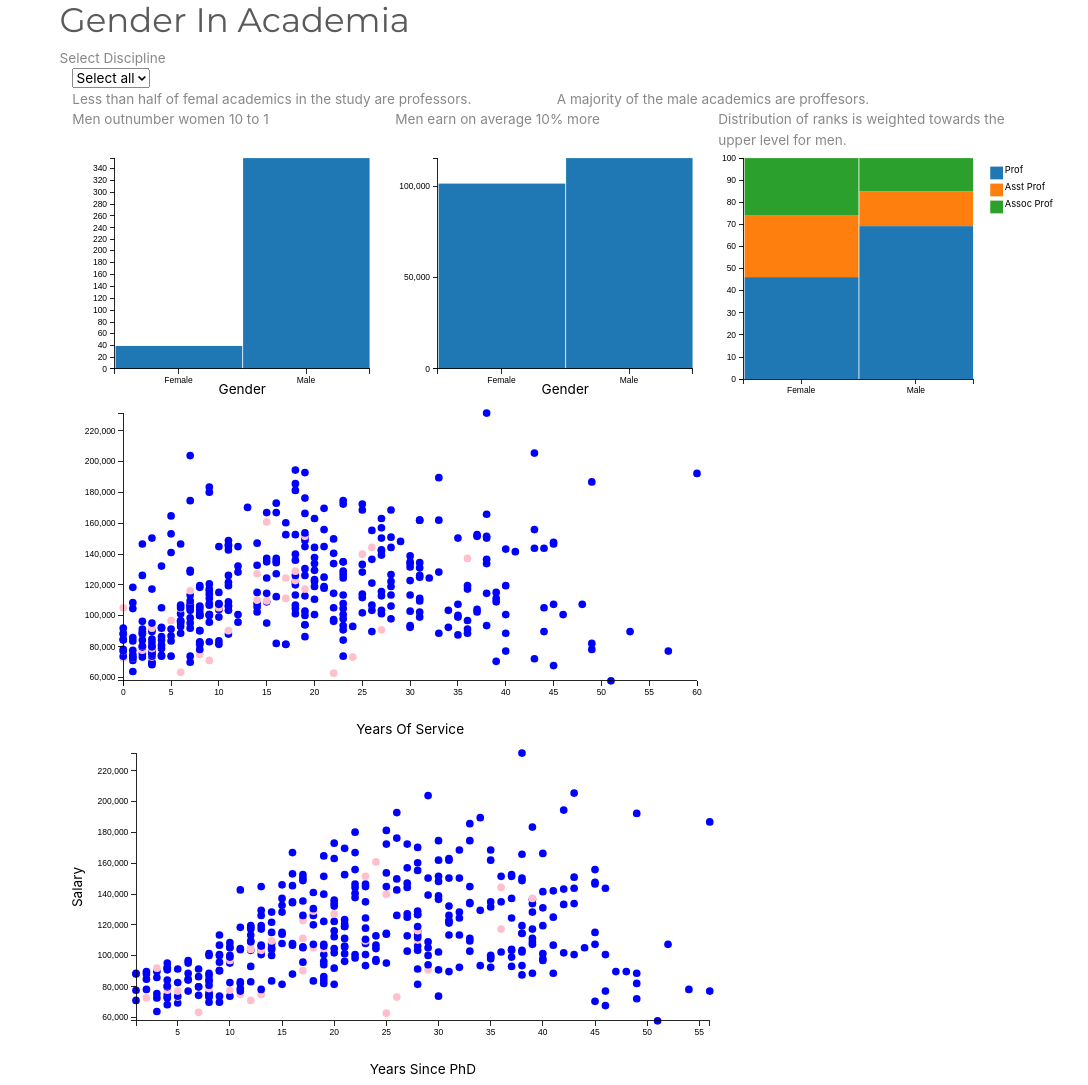
Repository: luke0han/dashboard-project
Page: index.html
The author's editor kept a record of every edit. The page is drawn from the files as they stood at one moment, then again after the next edit.
The browser window is 1280 px wide. The pictures show the whole page, at 85% of full size.

Above is the page before.

### index.html
<!DOCTYPE html>
<html lang="en">

<head>
    <meta charset="UTF-8">
    <meta name="viewport" content="width=device-width, initial-scale=1.0">
    <meta http-equiv="X-UA-Compatible" content="ie=edge">
    <title>Gender In Academia</title>

    <link rel="stylesheet" href="static/css/bootstrap.min.css" type="text/css" />
    <link rel="stylesheet" href="static/css/dc.min.css" />
    <link rel="stylesheet" href="static/css/style.css" type="text/css" />

    <script type="text/javascript" src="static/js/d3.min.js"></script>
    <script type="text/javascript" src="static/js/crossfilter.min.js"></script>
    <script type="text/javascript" src="static/js/dc.min.js"></script>
    <script type="text/javascript" src="static/js/queue.min.js"></script>
    <script type="text/javascript" src="static/js/graph.js"></script>

</head>

<body>
    <div class="container">

        <div class="row">
            <h1>Gender In Academia</h1>
        </div>

        <div class="row">
            <div class="col-md-offset-5">Select Discipline</div>
        </div>

        <div class="row">
            <div class="col-md-offset-5" id="discipline-selector"></div>
        </div>

        <div class="row">
            <div class="col-md-6 number-box" id="percent-of-women-professors"></div>
            <div class="col-md-6 number-box" id="percent-of-men-professors"></div>
        </div>

        <div class="row">
            <div class="col-md-6">Less than half of femal academics in the study are professors.</div>
            <div class="col-md-6">A majority of the male academics are proffesors.</div>
        </div>

        <div class="row">
            <div class="col-md-4">Men outnumber women 10 to 1</div>
            <div class="col-md-4">Men earn on average 10% more</div>
            <div class="col-md-4">Distribution of ranks is weighted towards the upper level for men.</div>
        </div>
        <div class="row">
            <div class="col-md-4" id="gender-balance"></div>
            <div class="col-md-4" id="average-salary"></div>
            <div class="col-md-4" id="rank-distribution"></div>
        </div>

        <div class="row">
            <div id="service-salary"></div>
        </div>


        <div id="phd-salary"></div>
    </div>

</body>

</html>

### static/css/style.css
.navbar-default {
	background-image: none;
	margin-bottom: 0;
}

.section-heading, #discipline-selector {
	display: inline-block;
	float: none;
	margin: 0;
}

.section-heading {
	margin-bottom: 50px;
}

#discipline-selector {
	margin-left: 15px;
}

.number-box {
	margin-right: 75px;
}

.number-box, .fa.fa-gender {
    font-size: 30px;
    font-weight: 500;
}

.fa-gender {
	margin-right: 10px;
}

.custom-chart {
	margin-bottom: 40px;
}

.section {
	border-bottom: 1px solid #e6e6e6;
	padding: 30px 0;
}

.section-paragraph {
	line-height: 1.2;
}

### static/js/graph.js
queue()
    .defer(d3.csv, "data/Salaries.csv")
    .await(makeGraphs);

function makeGraphs(error, salaryData) {
    var ndx = crossfilter(salaryData);

    salaryData.forEach(function(d){
        d.salary = parseInt(d.salary);
        d.yrs_since_phd = parseInt(d["yrs.since.phd"]);
        d.yrs_service = parseInt(d["yrs.service"]);
    })

    show_discipline_selector(ndx);

    show_percent_that_are_professors(ndx, "Female", "#percentage-of-women-prefessors");
    show_percent_that_are_professors(ndx, "Male", "#percentage-of-men-prefessors");

    show_gender_balance(ndx);
    show_average_salary(ndx);
    show_rank_distribution(ndx);
    show_phd_to_salary_correlation(ndx);
    show_service_to_salary_correlation(ndx);

    dc.renderAll();

}

function show_discipline_selector(ndx) {
    var dim = ndx.dimension(dc.pluck('discipline'));
    var group = dim.group();

    dc.selectMenu("#discipline-selector")
        .dimension(dim)
        .group(group);

}

function show_percent_that_are_professors(ndx, gender, element) {
    var percentageThatAreProf = ndx.groupAll().reduce(
        function(p, v) {
            if (v.sex === gender) {
                p.count++;
                if(v.rank === "Prof") {
                    p.are_prof++;
                }
            }
            return p;
        },
        function(p, v) {
            if (v.sex === gender) {
                p.count--;
                if(v.rank === "Prof") {
                    p.are_prof--;
                }
            }
            return p;
        },
        function() {
            return {count: 0, are_prof: 0};
        },
    );

    dc.numberDisplay(element)
        .formatNumber(d3.format(".2%"))
        .valueAccessor(function (d) {
            if (d.count == 0) {
                return 0;
            } else {
                return (d.are_prof / d.count);
            }
        })
        .group(percentageThatAreProf)
}

function show_gender_balance(ndx) {
    var dim = ndx.dimension(dc.pluck('sex'));
    var group = dim.group();

    dc.barChart("#gender-balance")
        .width(400)
        .height(300)
        .margins({top: 10, right: 50, bottom: 30, left: 50})
        .dimension(dim)
        .group(group)
        .transitionDuration(500)
        .x(d3.scale.ordinal())
        .xUnits(dc.units.ordinal)
        .xAxisLabel("Gender")
        .yAxis().ticks(20);
}

function show_average_salary(ndx) {
    var dim = ndx.dimension(dc.pluck('sex'));

    function add_item(p, v) {
        p.count++;
        p.total += v.salary;
        p.average = p.total / p.count;
        return p;
    }

    function remove_item(p, v) {
        p.count--;
        if(p.count == 0) {
            p.total = 0;
            p.average = 0;
        } else {
            p.total -= v.salary;
            p.average = p.total / p.count;
        }
        return p;
    }

    function initialise() {
        return {count: 0, total: 0, average: 0};
    }

    var averageSalaryByGender = dim.group().reduce(add_item, remove_item, initialise);

    dc.barChart("#average-salary")
        .width(400)
        .height(300)
        .margins({top: 10, right: 50, bottom: 30, left: 50})
        .dimension(dim)
        .group(averageSalaryByGender)
        .valueAccessor(function(d){
            return d.value.average.toFixed(2); //or round to int
        })
        .transitionDuration(500)
        .x(d3.scale.ordinal())
        .xUnits(dc.units.ordinal)
        .elasticY(true)
        .xAxisLabel("Gender")
        .yAxis().ticks(4);
}

function show_rank_distribution(ndx) {


    function rankByGender(dimension, rank) {
        return dimension.group().reduce(
            function (p, v) {
                p.total++;
                if(v.rank == rank) {
                    p.match++;
                }
                return p;
            },
            function (p, v) {
                p.total--;
                if(v.rank == rank) {
                    p.match--;
                }
                return p;
            },
            function () {
                return {total: 0, match: 0};
            }
        );
    }

    var dim = ndx.dimension(dc.pluck("sex"));
    var profByGender = rankByGender(dim, "Prof");
    var asstProfByGender = rankByGender(dim, "AsstProf");
    var assocProfByGender = rankByGender(dim, "AssocProf");

    dc.barChart("#rank-distribution")
        .width(400)
        .height(300)
        .dimension(dim)
        .group(profByGender, "Prof")
        .stack(asstProfByGender, "Asst Prof")
        .stack(assocProfByGender, "Assoc Prof")
        .valueAccessor(function(d) {
            if(d.value.total > 0) {
                return (d.value.match / d.value.total) * 100;
            } else {
                return 0;
            }
        })
        .x(d3.scale.ordinal())
        .xUnits(dc.units.ordinal)
        .legend(dc.legend().x(320).y(20).itemHeight(15).gap(5))
        .margins({top: 10, right: 100, bottom: 30, left: 30});
}

function show_service_to_salary_correlation(ndx) {

    var genderColors = d3.scale.ordinal()
        .domain(["Female", "Male"])
        .range(["pink", "blue"]);

    var yrsDim = ndx.dimension(dc.pluck("yrs_service"));
    var experienceDim = ndx.dimension(function(d) {
       return [d.yrs_service, d.salary, d.rank, d.sex];
    });
    var experienceSalaryGroup = experienceDim.group();

    var minExperience = yrsDim.bottom(1)[0].yrs_service;
    var maxExperience = yrsDim.top(1)[0].yrs_service;

    dc.scatterPlot("#service-salary")
        .width(800)
        .height(400)
        .x(d3.scale.linear().domain([minExperience, maxExperience]))
        .brushOn(false)
        .symbolSize(8)
        .clipPadding(10)
        .xAxisLabel("Years Of Service")
        .title(function(d) {
            return d.key[2] + " earned " + d.key[1];
        })
        .colorAccessor(function (d) {
            return d.key[3];
        })
        .colors(genderColors)
        .dimension(experienceDim)
        .group(experienceSalaryGroup)
        .margins({top: 10, right: 50, bottom: 75, left: 75});
}

function show_phd_to_salary_correlation(ndx) {

    var genderColors = d3.scale.ordinal()
        .domain(["Female", "Male"])
        .range(["pink", "blue"]);

    var pDim = ndx.dimension(dc.pluck("yrs_since_phd"));
    var phdDim = ndx.dimension(function(d) {
       return [d.yrs_since_phd, d.salary, d.rank, d.sex];
    });
    var phdSalaryGroup = phdDim.group();

    var minPhd = pDim.bottom(1)[0].yrs_since_phd;
    var maxPhd = pDim.top(1)[0].yrs_since_phd;

    dc.scatterPlot("#phd-salary")
        .width(800)
        .height(400)
        .x(d3.scale.linear().domain([minPhd, maxPhd]))
        .brushOn(false)
        .symbolSize(8)
        .clipPadding(10)
        .yAxisLabel("Salary")
        .xAxisLabel("Years Since PhD")
        .title(function(d) {
            return d.key[2] + " earned " + d.key[1];
        })
        .colorAccessor(function (d) {
            return d.key[3];
        })
        .colors(genderColors)
        .dimension(phdDim)
        .group(phdSalaryGroup)
        .margins({top: 10, right: 50, bottom: 75, left: 75});
}

Loaded but not shown: static/css/bootstrap.min.css (library); static/css/dc.min.css (library); static/js/d3.min.js (library); static/js/crossfilter.min.js (library); static/js/dc.min.js (library); static/js/queue.min.js (common file)

After the next edit:
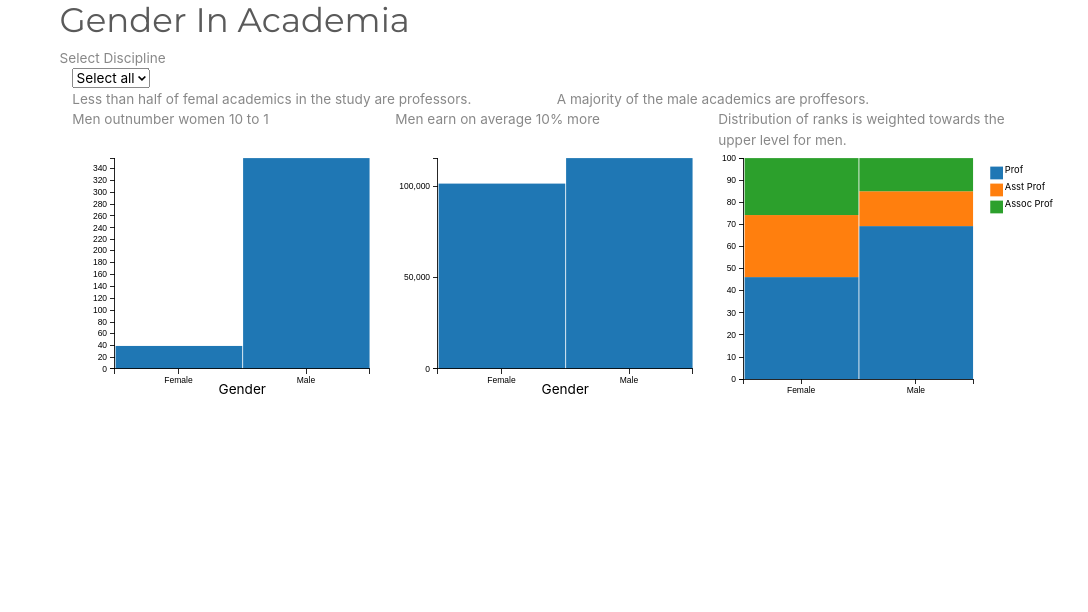
Console error: TypeError: Cannot read properties of null (reading 'textContent')
The edit:
--- a/index.html
+++ b/index.html
@@ -59,8 +59,10 @@
             <div id="service-salary"></div>
         </div>
 
+        <div class="row">
 
-        <div id="phd-salary"></div>
+        </div>
+
     </div>
 
 </body>

After the edit that followed:
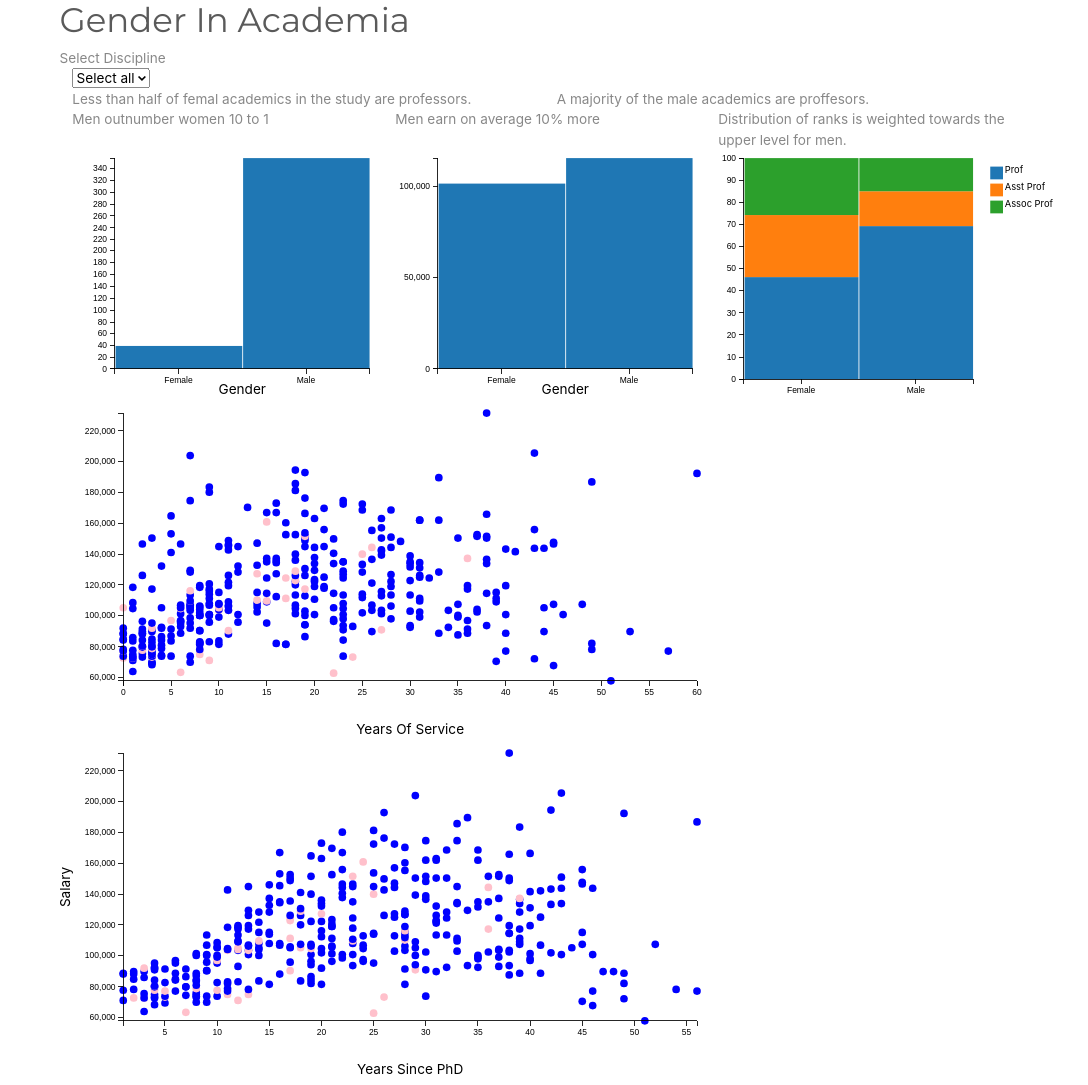
The error is gone.
The edit:
--- a/index.html
+++ b/index.html
@@ -56,11 +56,11 @@
         </div>
 
         <div class="row">
-            <div id="service-salary"></div>
+            <div class="col-md-offset-2" id="service-salary"></div>
         </div>
 
         <div class="row">
-
+            <div id="phd-salary"></div>
         </div>
 
     </div>
